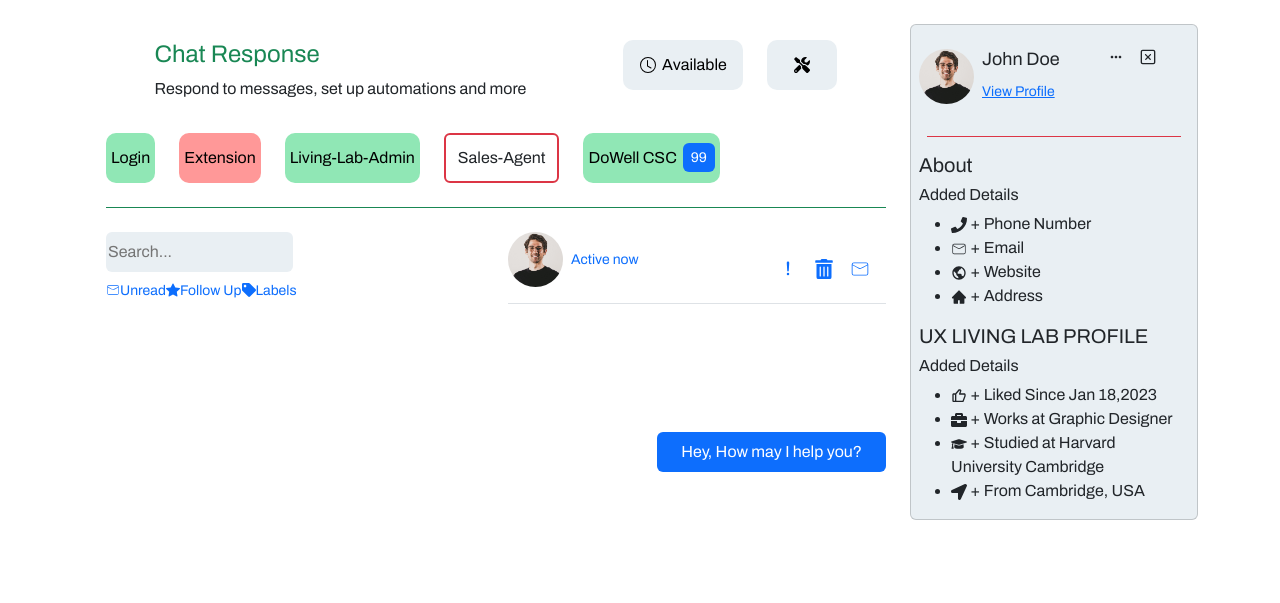
Repository: uh-sman/UX-Living-Lab-Chat
Page: /
The author's editor kept a copy of each file at every save. The page is drawn from the files as they stood at one save, then again after the next save.
The browser window is 1280 px wide. The pictures show the whole page.
The project was rebuilt for these pictures with package versions that can differ from the ones it lists, and the page was loaded fresh each time.

Above is the page before, as saved 2023-05-10 18:14:05.

After the next save:
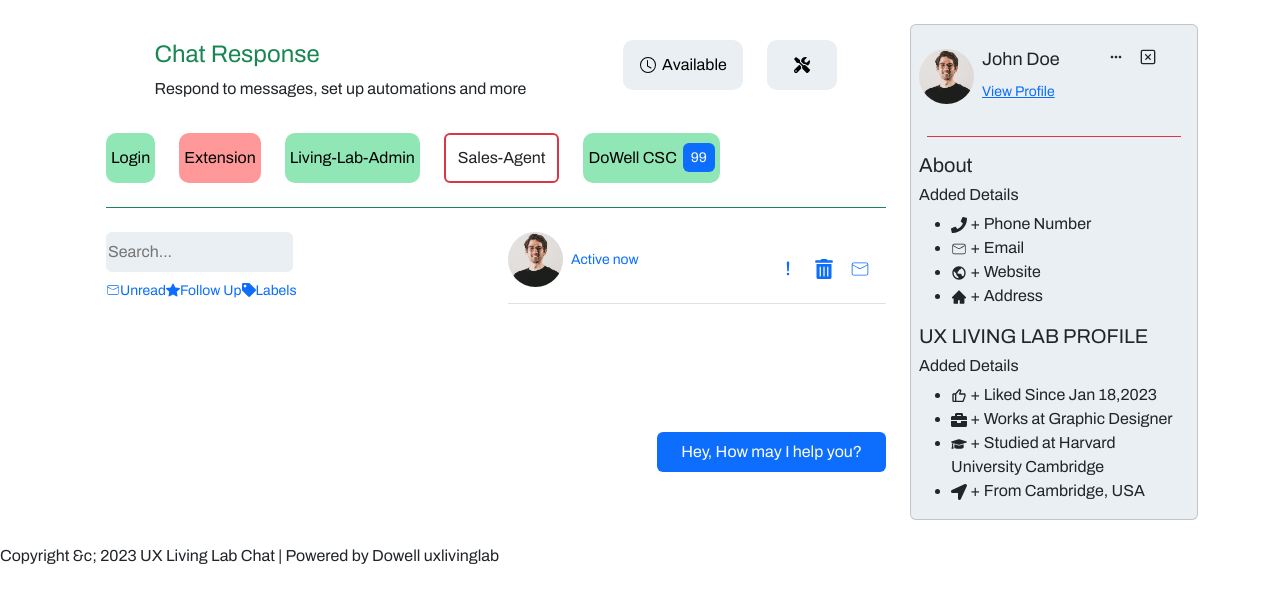
Saved 52 s later.
--- a/src/App.js
+++ b/src/App.js
@@ -2,10 +2,12 @@ import "./App.css";
 import "bootstrap/dist/css/bootstrap.min.css";
 import "bootstrap/dist/js/bootstrap.bundle.min";
 import Container from "./container";
+import Footer from "./container/Footer";
 function App() {
   return (
     <div className="App">
       <Container />
+      <Footer />
     </div>
   );
 }
